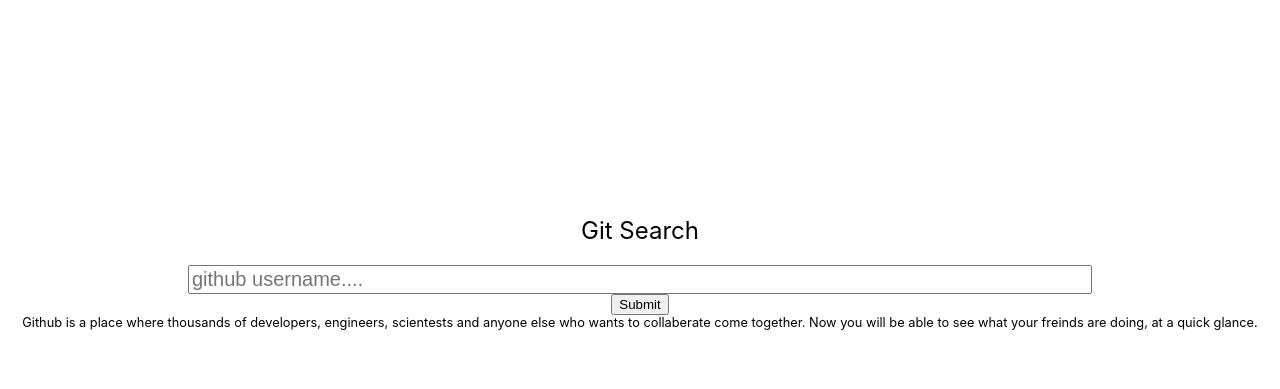
Repository: carlsopa/gitsearch
Page: / (app in gitsearch/)
An editor plug-in stored every save of this project. The page is shown before and after the next save, followed by the edit.
The browser window is 1280 px wide. The pictures show the whole page.
The project was rebuilt for these pictures with package versions that can differ from the ones it lists, and the page was loaded fresh each time. Also part of the build but not shown: gitsearch/src/components/profile.js, gitsearch/src/components/repo_card.js, gitsearch/src/components/repos.js.

Above is the page before, as saved 2020-06-23 08:34:13.

After the next save:
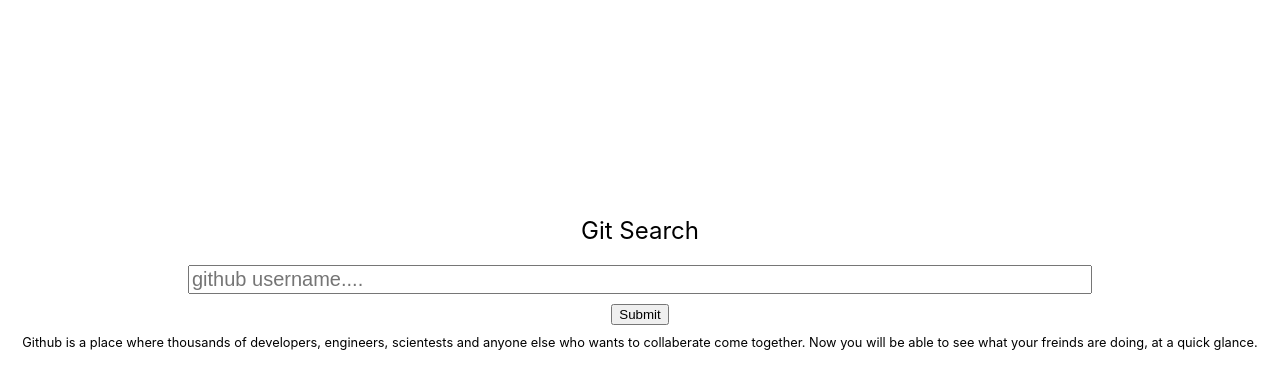
Saved 33 s later.
--- a/gitsearch/src/design/git.css
+++ b/gitsearch/src/design/git.css
@@ -22,5 +22,5 @@
     font-size:1.25rem;
 }
 #submit{
-    margin:{10px 0};
+    margin: 10px 0;
 }
